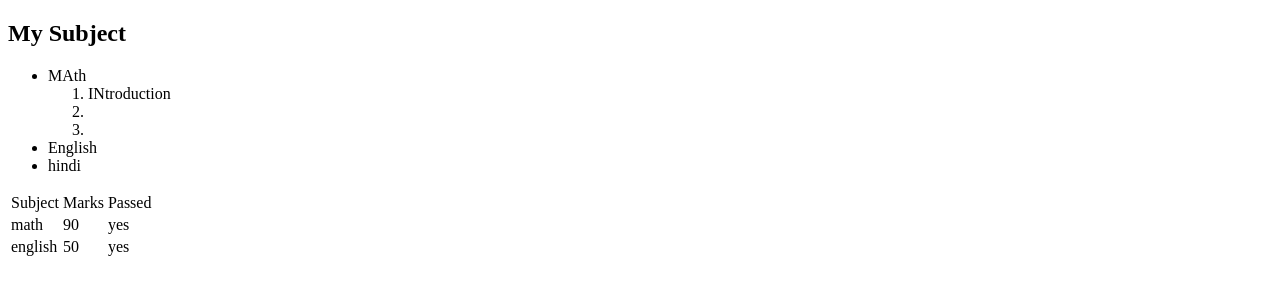
Repository: ramlakhan1/resume1
Page: index.html
An editor plug-in stored every save of this project. The page is shown before and after the next save, followed by the edit.
The browser window is 1280 px wide. The pictures show the whole page.

Above is the page before, as saved 2022-11-05 14:00:12.

After the next save:
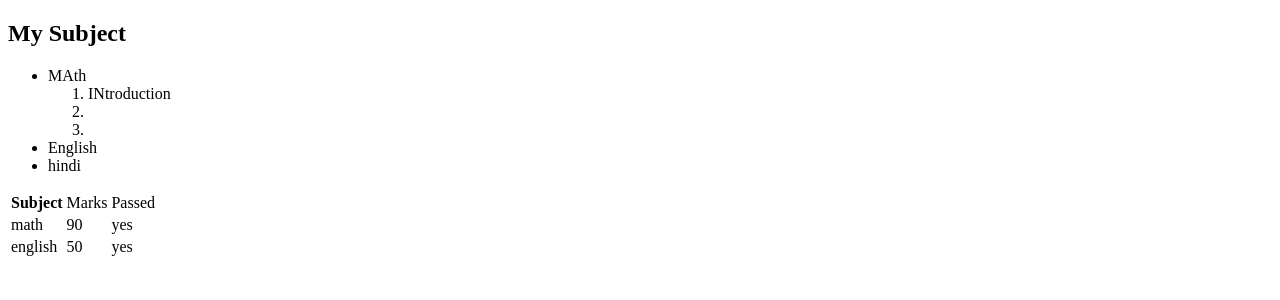
Saved 92 s later.
--- a/index.html
+++ b/index.html
@@ -21,7 +21,7 @@
     </ul>
     <table>
         <tr>
-            <td>Subject</td>
+            <th>Subject</th>
             <td>Marks</td>
             <td>Passed</td>
         </tr>
